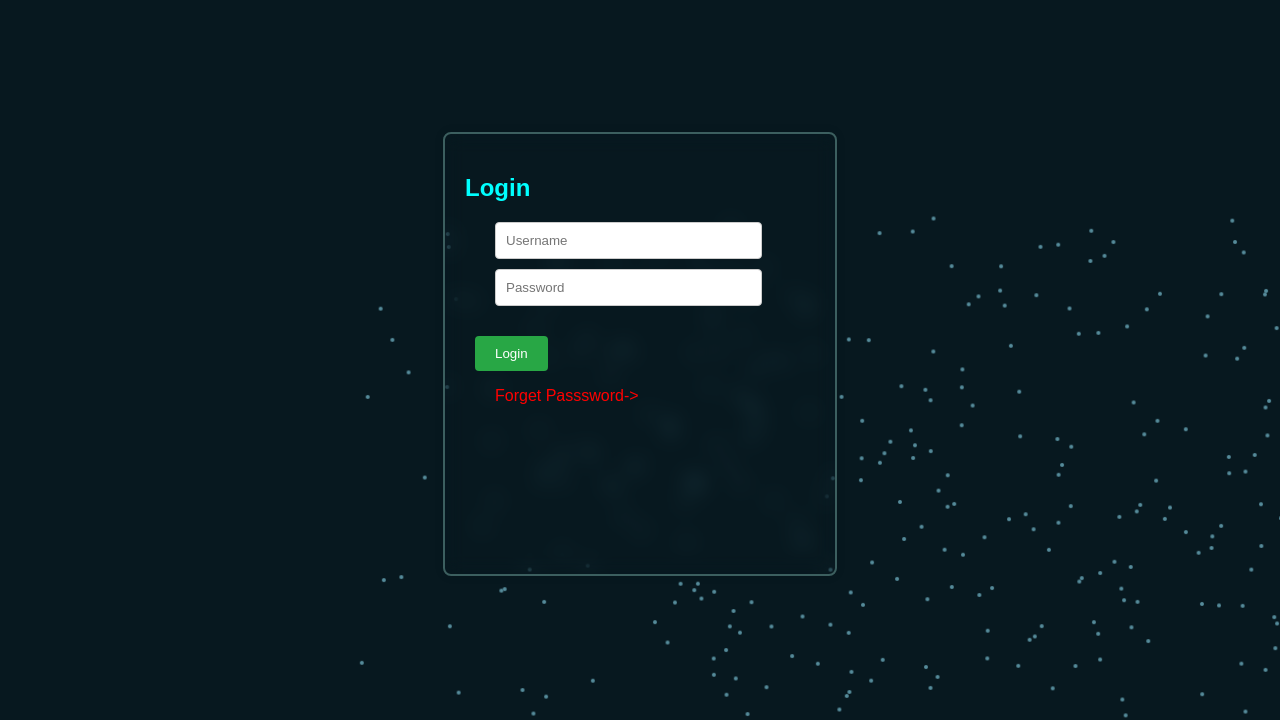
Repository: Anadi-Chauhan/Mentorship-binarybuddy
Page: login.html
These files come from the project's save history. The page is drawn as it stood at one moment and after the next save; the edit follows.
The browser window is 1280 px wide. The pictures show the whole page.

Above is the page before, as saved 2024-10-19 10:27:42.

### login.html
<!DOCTYPE html>
<html lang="en">
<head>
    <meta charset="UTF-8">
    <meta name="viewport" content="width=device-width, initial-scale=1.0">
    <title>Login Example</title>
    <link rel="stylesheet" href="stars.css">
    <link rel="stylesheet" href="login.css">
</head>
<body>
    <div id="stars"></div>
    <div class="container">
        <div id="login-form">
            <h2>Login</h2>
            <input type="text" id="username" placeholder="Username" required>
            <input type="password" id="password" placeholder="Password" required>
            <button onclick="login()">Login</button>
            <p id="login-error"></p>
        </div>

        <div id="welcome-section" style="display: none;">
            <h2>Welcome, <span id="user-name"></span>!</h2>
            <button onclick="logout()">Logout</button>
        </div>
        <div class="forget" >
           <a href=""><p>Forget Passsword-></p></a>
        </div>
    </div>

    <script src="stars.js" ></script>
    <script src="login.js"></script>
</body>
</html>

### stars.css
#stars {
    position: sticky;
    top: 0;
    left: 0;
    width: 100%;
    height: 100%;
}

.star {
    position: fixed;
    background: rgb(86, 140, 155);
    width: 4px;
    height: 4px;
    border-radius: 50%;
    animation: moveStar linear infinite;
}
@keyframes moveStar {
    0% {
        transform: translate(0, 0);
    }
    100% {
        transform: translate(calc(100vw * 0.5), calc(100vh * 0.5));
    }
}

### login.css
body {
    font-family: Arial, sans-serif;
    display: grid;
    justify-content: center;
    align-items: center;
    background-color: #f0f0f0;
    margin: 0;
    border: 2px solid color(srgb 0.0264 0.0958 0.1204);
    background-color: color(srgb 0.0264 0.0958 0.1204);
}

.forget{
    margin-top: 10px;
    margin-left: 30px;
}
h2{
    color: aqua;
}
p{
    color: red;
}
a{
    text-decoration: none;
}


.container {
    -webkit-backdrop-filter: blur(2px);
    backdrop-filter: blur(10px);
    border: 2px solid rgb(60, 95, 95);
    margin-top: 130px;
    z-index: 10;
    width: 350px;
    height: 400px;
    padding: 20px;
    border-radius: 8px;
    box-shadow: 0 0 10px rgba(0, 0, 0, 0.1);
}

input {
    display: block;
    margin: 10px 0;
    padding: 10px;
    width: 70%;
    margin-top: 10px;
    margin-left: 30px;
    border: 1px solid #ccc;
    border-radius: 4px;
}

button {
    padding: 10px 20px;
    background-color: #28a745;
    margin-top: 20px;
    margin-left: 10px;
    color: white;
    border: none;
    border-radius: 4px;
    cursor: pointer;
}

button:hover {
    background-color: #218838;
}

#error {
    color: red;
}

### stars.js
// Number of stars to create
const numStars = 600;
// Generate stars
for (let i = 0; i < numStars; i++) {
    const star = document.createElement('div');
    star.className = 'star';
    star.style.top = `${Math.random() * 100}%`;
    star.style.left = `${Math.random() * 100}%`;
    star.style.animationDuration = `${Math.random() * 5 + 5}s`; // Randomize animation duration
    star.style.animationDelay = `${Math.random() * 0}s`; // Randomize animation delay
    document.getElementById('stars').appendChild(star);
}

### login.js
// Script to handle login and logout
function login() {
    const username = document.getElementById("username").value;
    const password = document.getElementById("password").value;

    if (username === "admin" && password === "1234") {
        document.getElementById("login-form").style.display = "none";
        document.getElementById("welcome-section").style.display = "block";
        document.getElementById("user-name").textContent = username;
        document.getElementById("login-error").textContent = "";
        window.location.href = "./index.html";
    } else {
        document.getElementById("login-error").textContent = "Invalid credentials!";
    }
}

function logout() {
    document.getElementById("login-form").style.display = "block";
    document.getElementById("welcome-section").style.display = "none";
    document.getElementById("username").value = "";
    document.getElementById("password").value = "";
}

After the next save:
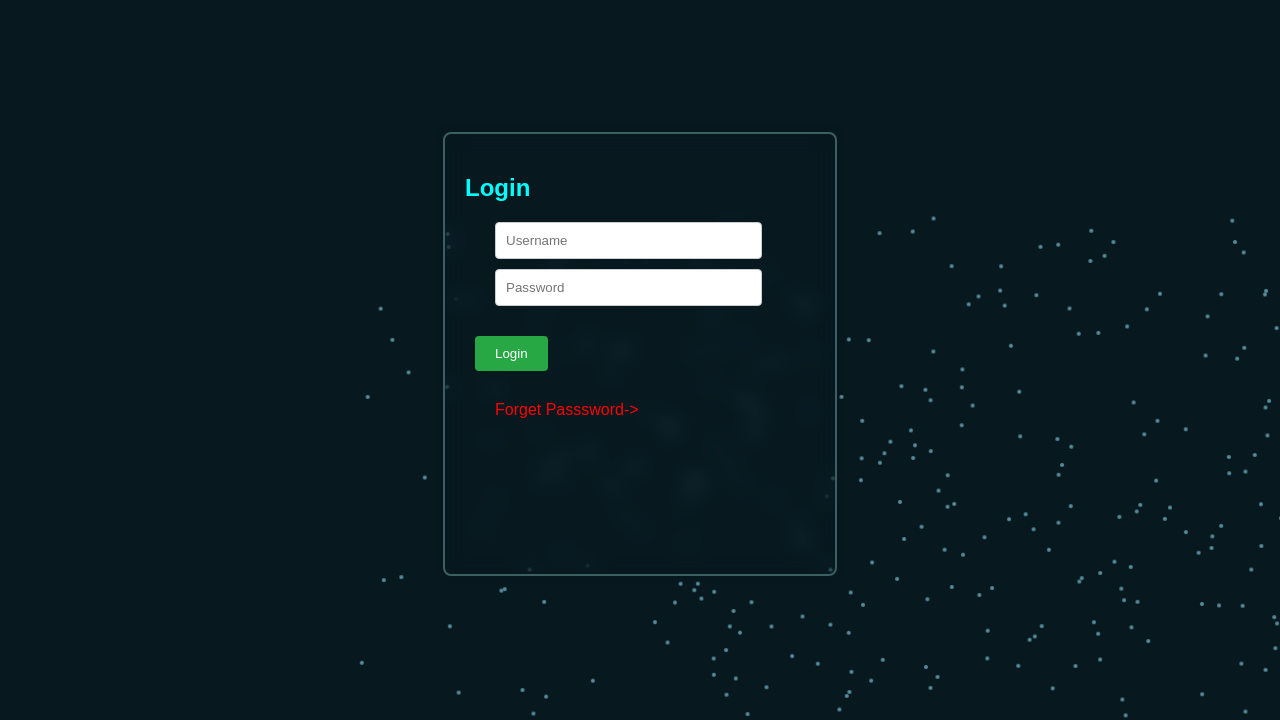
Saved 6 s later.
--- a/login.css
+++ b/login.css
@@ -10,7 +10,7 @@ body {
 }
 
 .forget{
-    margin-top: 10px;
+    margin-top: 30px;
     margin-left: 30px;
 }
 h2{
